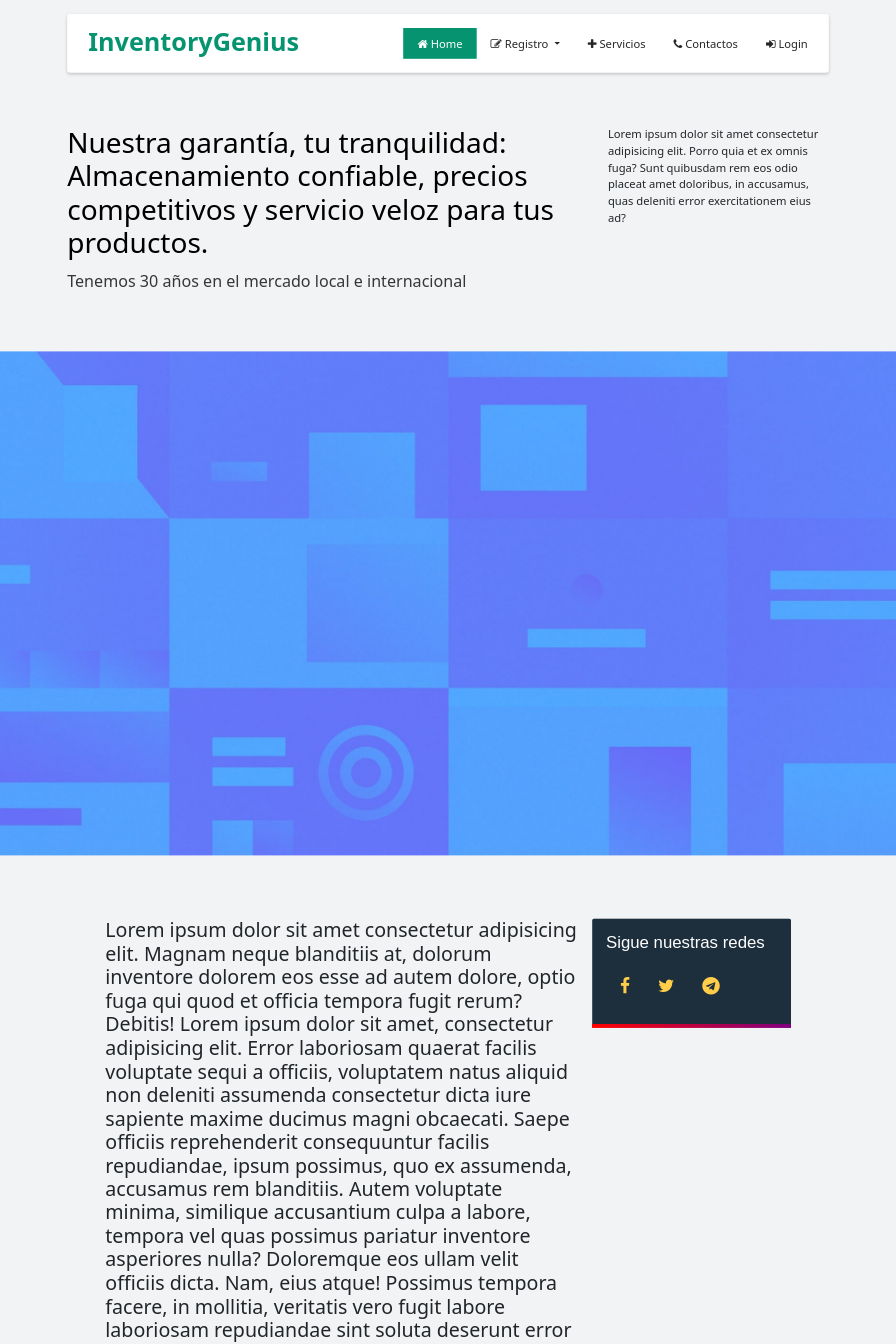
Repository: Sirius018/InventoryGenius
Page: http://localhost/Home
The author's editor kept a copy of each file at every save. The page is drawn from the files as they stood at one save, then again after the next save.
The browser window is 1280 px wide. The pictures show the part of the page from y = 0 to 1920 px (the page is 4127 px tall), at 70% of full size.
The page is this project's Thymeleaf template; nobody is signed in. The template is opened directly, without the code that normally fills it, so the values that code supplies are empty.

Above is the page before, as saved 2023-06-06 23:38:23.

After the next save:
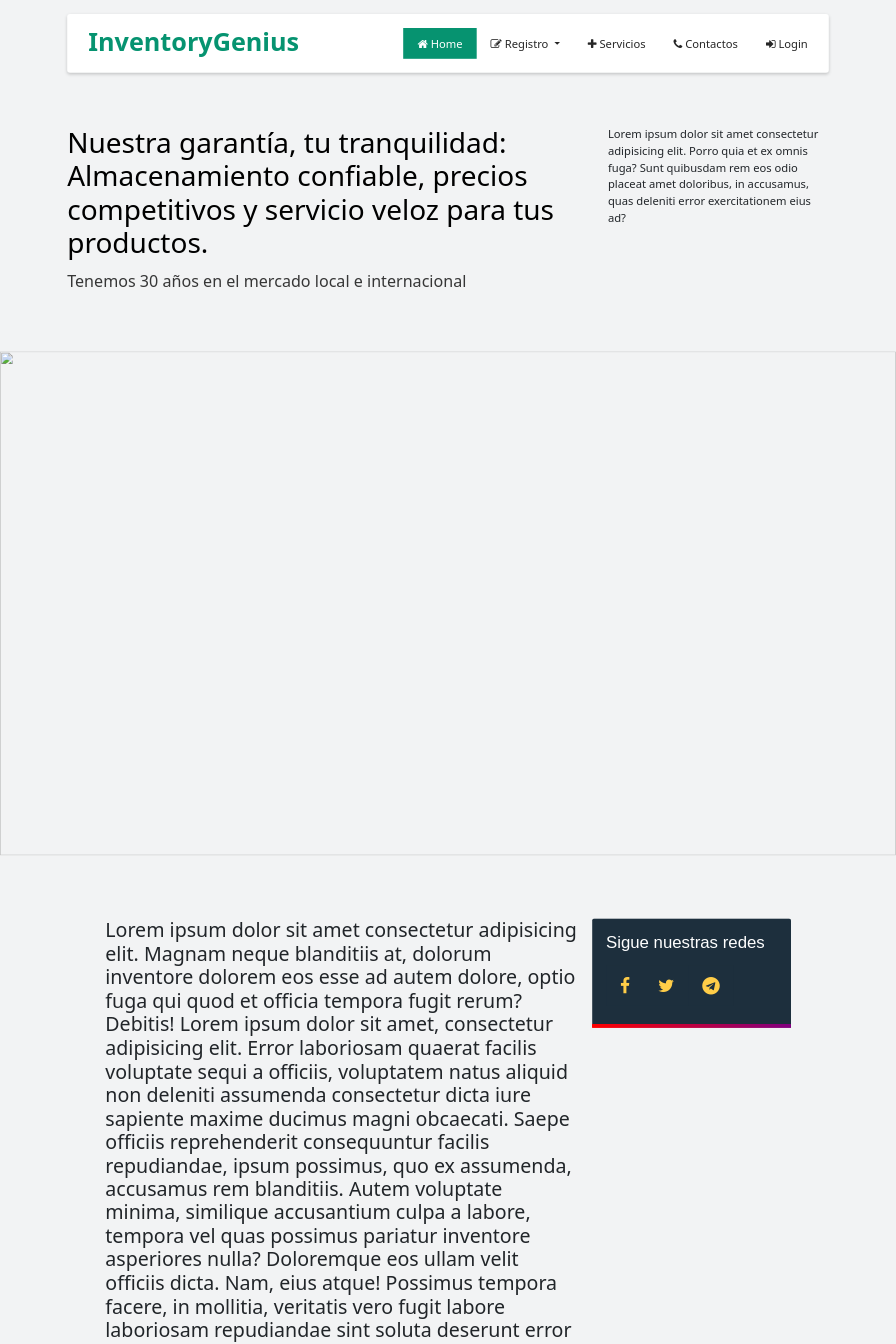
Not found: ADW/InventoryGenius/image/back-img.jpeg
Saved 88 s later.
--- a/ADW/InventoryGenius/src/main/resources/templates/Home.html
+++ b/ADW/InventoryGenius/src/main/resources/templates/Home.html
@@ -167,14 +167,10 @@
 }
 
 .contenedor-imagen {
-    height: 100vh;
+	height: 100vh;
     width: 100%;
     margin: 0 auto;
     image-rendering: crisp-edges;
-    background-image: url(../static/master_image/image_home/back-img.jpeg);
-    background-repeat: no-repeat;
-    background-size: cover;
-    background-position: center;
 }
 
 .contenedor-imagen img {
@@ -325,7 +321,7 @@
         </div>
         <div class="contenedor-imagen">
             <a href="#blog">
-                <!--<img src="../image/back-img.jpeg" alt="">-->
+                <img src="../image/back-img.jpeg" alt="">
             </a>
         </div>
     </div>

After the save that followed:
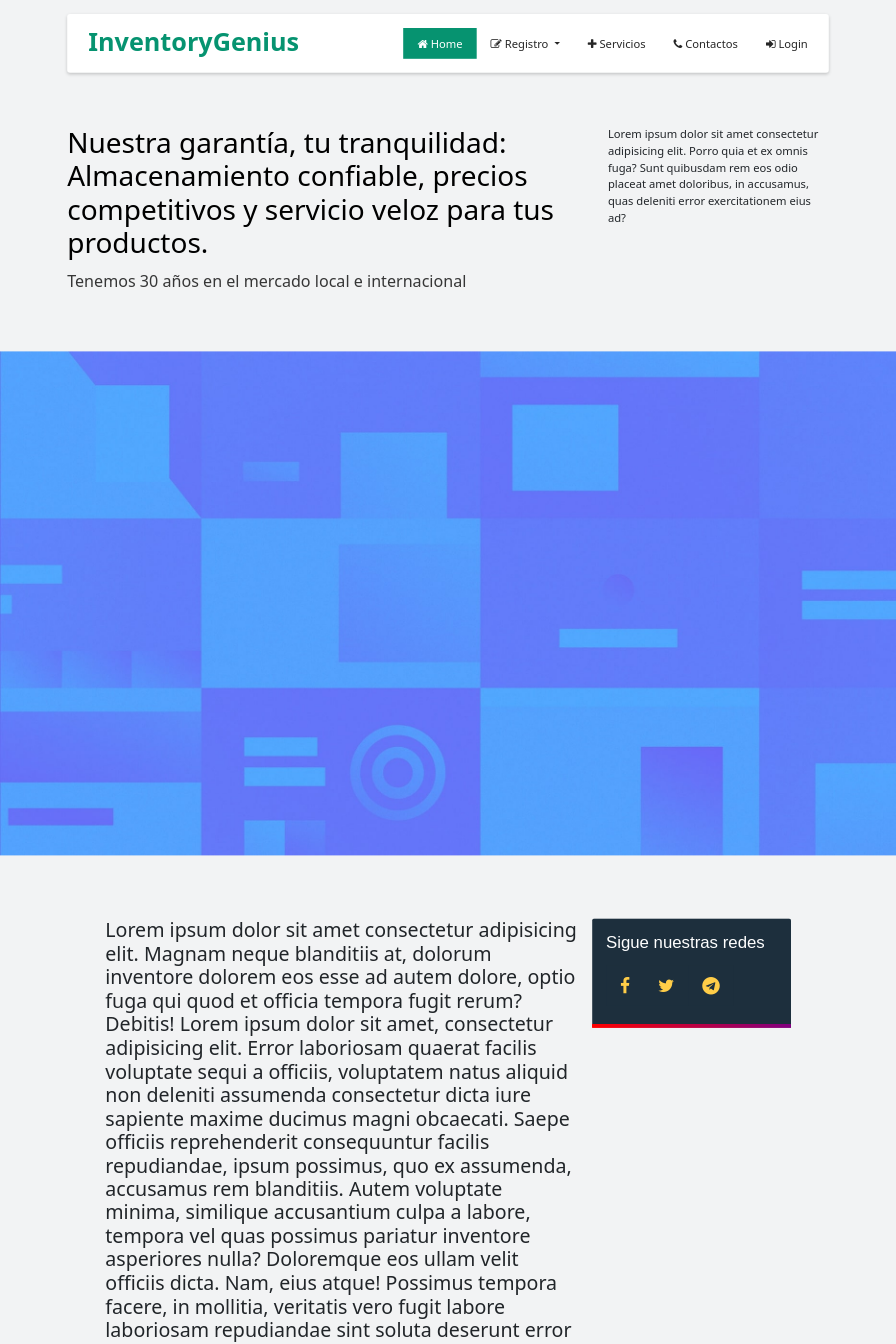
Saved 30 s later.
--- a/ADW/InventoryGenius/src/main/resources/templates/Home.html
+++ b/ADW/InventoryGenius/src/main/resources/templates/Home.html
@@ -321,7 +321,7 @@
         </div>
         <div class="contenedor-imagen">
             <a href="#blog">
-                <img src="../image/back-img.jpeg" alt="">
+                <img src="../static/master_image/image_home/back-img.jpeg" alt="">
             </a>
         </div>
     </div>
